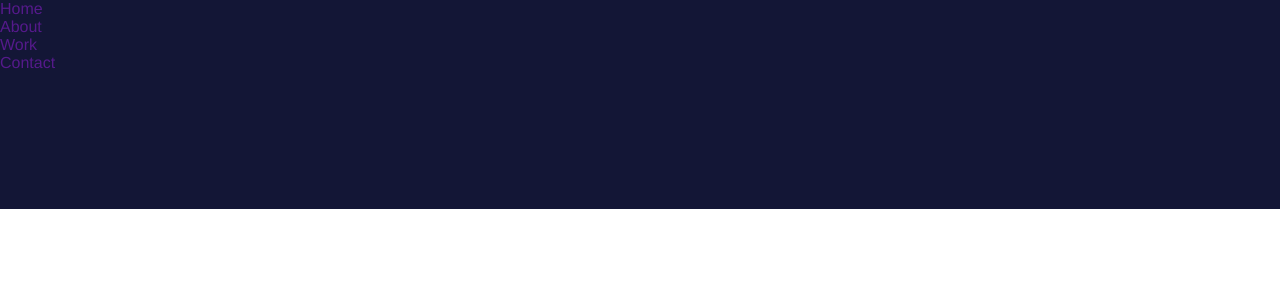
Repository: keloriane/animation-live
Page: /
An editor plug-in stored every save of this project. The page is shown before and after the next save, followed by the edit.
The browser window is 1280 px wide. The pictures show the whole page.
The project was rebuilt for these pictures with package versions that can differ from the ones it lists, and the page was loaded fresh each time.

Above is the page before, as saved 2020-02-18 10:43:13.

After the next save:
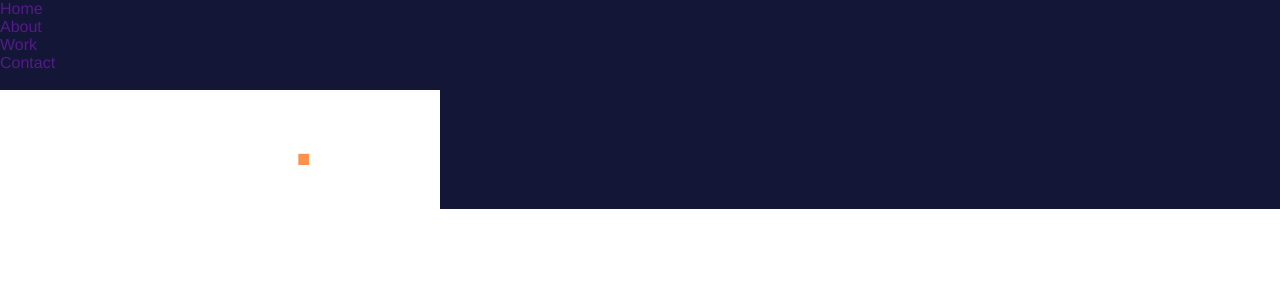
Saved 34 s later.
--- a/src/views/Home.js
+++ b/src/views/Home.js
@@ -15,7 +15,8 @@ const Home = () => {
         tl
         .from(titleWrapper, .6, {x:"-100%",delay:0.5, ease:"expo.inOut"})
         .staggerFrom(letter, .1,{y:100,  ease:"inOut(2.9)" },0.05)
-        .to(titleWrapper, .6, {x:"-100%",delay:0.5, ease:"expo.inOut"})
+        .to(squares, .6, {x:"-100%",delay:0.5, ease:"expo.inOut"})
+
 
 
 
